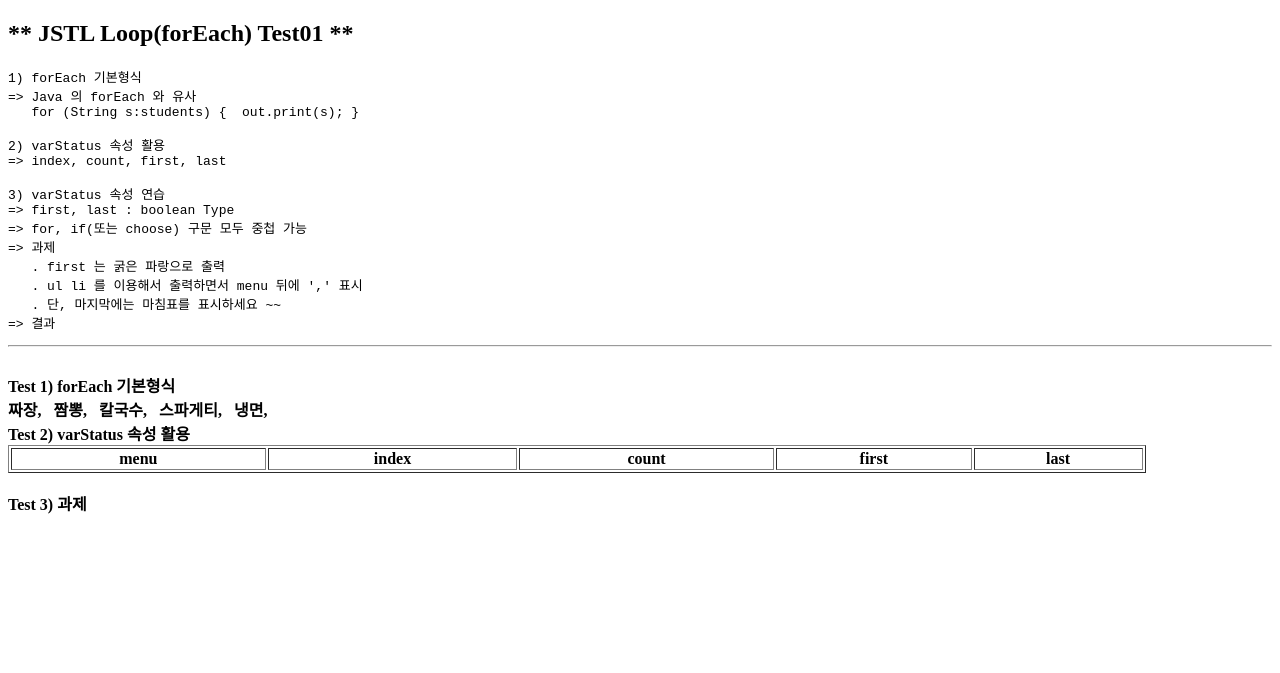
Repository: JYH94/JAVA
Page: http://localhost/web01/jsp03_jstl/ex03_for01.jsp
An editor plug-in stored every save of this project. The page is shown before and after the next save, followed by the edit.
The browser window is 1280 px wide. The pictures show the whole page.
The page is served by Tomcat 9.

Above is the page before, as saved 2024-01-16 07:56:59.

After the next save:
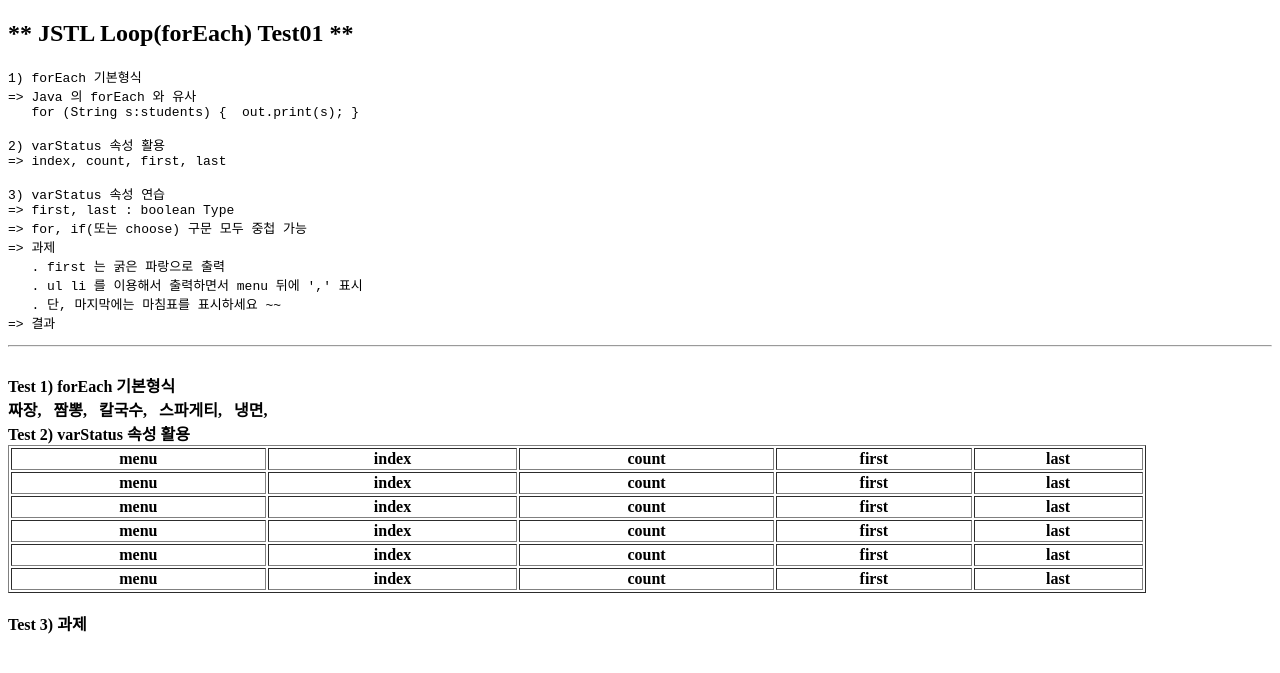
Saved 46 s later.
--- a/web01/src/main/webapp/jsp03_jstl/ex03_for01.jsp
+++ b/web01/src/main/webapp/jsp03_jstl/ex03_for01.jsp
@@ -50,7 +50,13 @@ pageContext.setAttribute("menuList", menu);
 			<th>last</th>
 		</tr>
 		<c:forEach var="menu" items="${menuList}" varStatus="vs">
-
+		<tr>
+			<td>menu</td>
+			<td>index</td>
+			<td>count</td>
+			<td>first</td>
+			<td>last</td>
+		</tr>
 		</c:forEach>
 
 
